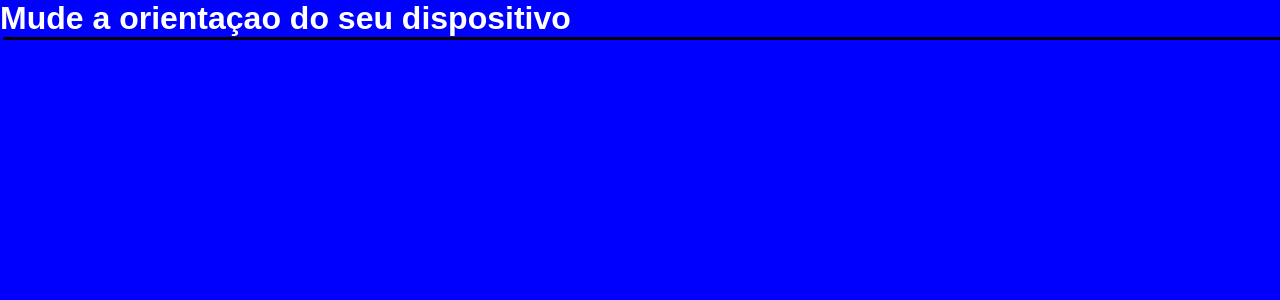
Repository: Lucianorodriguesdev/cursoHTML-CSS
Page: ex026/mq002/index.html
An editor plug-in stored every save of this project. The page is shown before and after the next save, followed by the edit.
The browser window is 1280 px wide. The pictures show the whole page.

Above is the page before, as saved 2026-07-13 20:19:36.
Not found: ex026/mq002/estilo/paisagem.css
Not found: ex026/mq002/estilo/retrato.css

### ex026/mq002/index.html
<!DOCTYPE html>
<html lang="pt-br">
<head>
    <meta charset="UTF-8">
    <meta name="viewport" content="width=device-width, initial-scale=1.0">
    <link rel="stylesheet" href="estilo/style.css" media="all">
    <link rel="stylesheet" href="estilo/retrato.css" media="screen and (orientation: portrait)">
    <link rel="stylesheet" href="estilo/paisagem.css" media="screen and (orientation: landscape)">
    <title>media query
    </title>
</head>
<body>
   <h1>Mude a orientaçao do seu dispositivo</h1>
</body>
</html>

### ex026/mq002/estilo/style.css
@charset "UTF-8";
*{
    margin: 0px;
    padding: 0px;
    font-family: Arial, Helvetica, sans-serif ;
}
html,body{
    height: 100vh;
    width: 100vw;
    background-color: blue;
}
h1{
    color: white;
    box-shadow: 3px 3px 0px black;
}

After the next save:
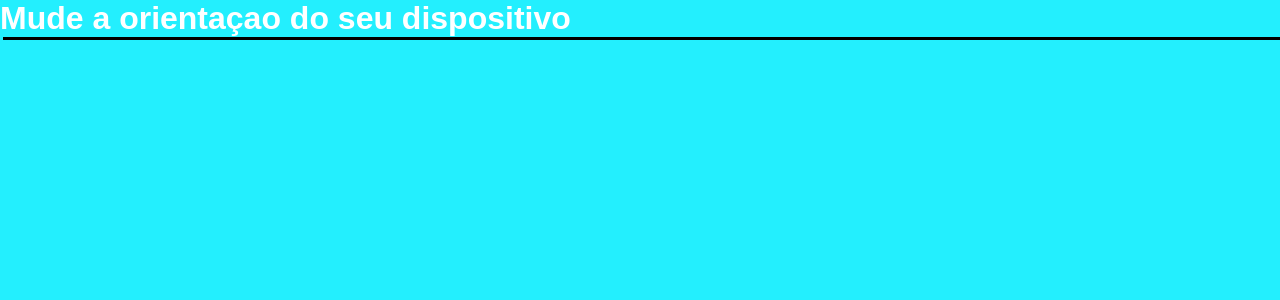
Saved 29 s later.
--- a/ex026/mq002/estilo/style.css
+++ b/ex026/mq002/estilo/style.css
@@ -7,7 +7,7 @@
 html,body{
     height: 100vh;
     width: 100vw;
-    background-color: blue;
+    background-color: #23effe;
 }
 h1{
     color: white;
